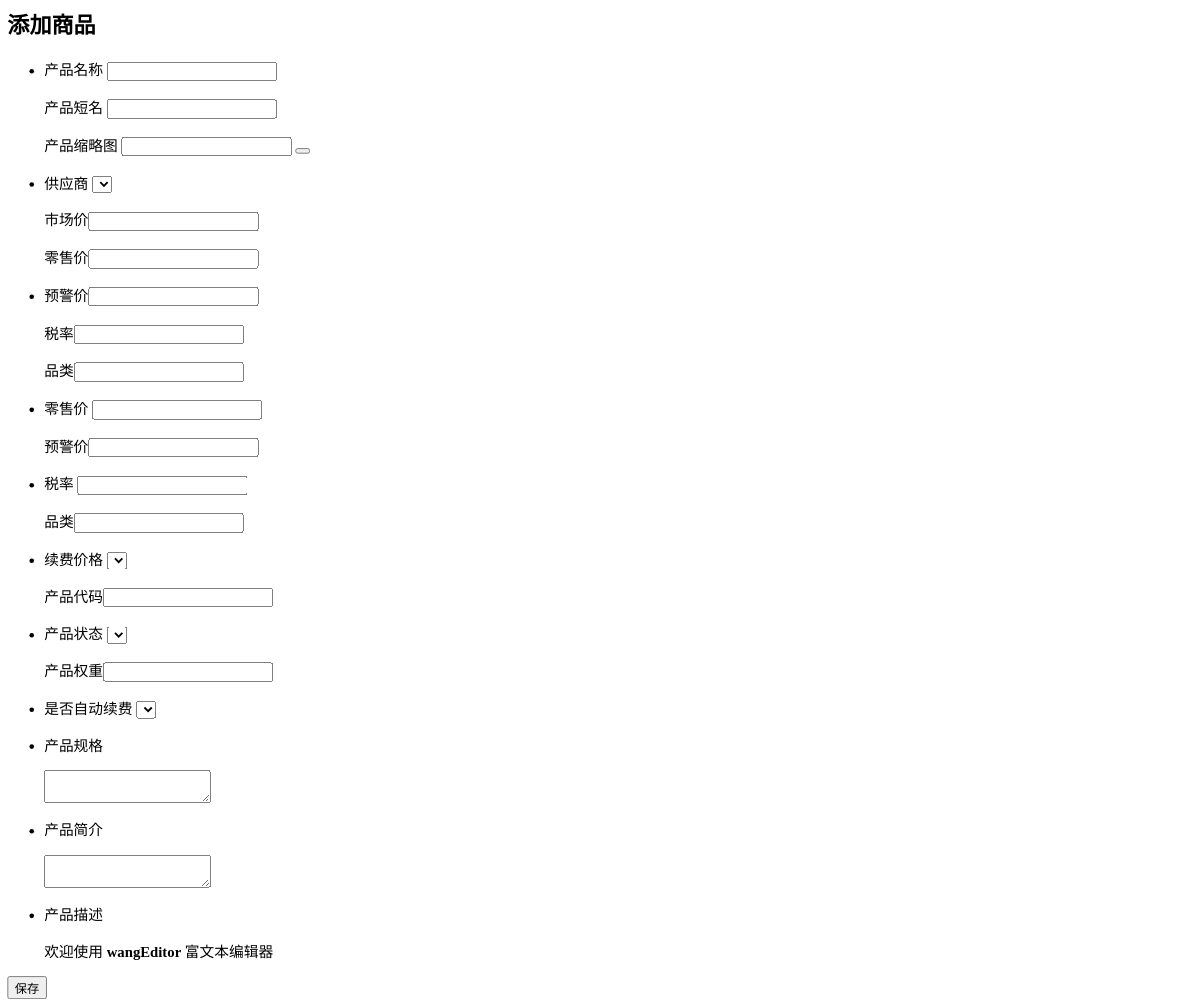
Repository: wangyan466393/racentSystem
Page: addProduct.html
These files come from the project's save history. The page is drawn as it stood at one moment and after the next save; the edit follows.
The browser window is 1280 px wide. The pictures show the whole page, at 92% of full size.

Above is the page before, as saved 2020-08-19 21:30:34.

### addProduct.html
<div id="content_box">
    <h2>添加商品</h2>
    <div class="config_box">
        <div class="price_content">
            <ul>
                <li>
                    <p>
                        <span>产品名称</span>
                        <input type="text" >
                    </p>
                    <p>
                        <span>产品短名</span>
                        <input type="text" >
                    </p>
                    <p class="thumb_box">
                        <span>产品缩略图</span>
                        <label class="input_group">
                            <input type="text" class="form-control">
                            <span class="input-group-btn">
                                <button type="button" class="btn"></button>
                            </span>
                        </label>
                    </p>
                </li>
                <li>
                    <p>
                        <span>供应商</span>
                        <select name="" id="" class="config_inp">
                            <option value=""></option>
                        </select>
                    </p>
                    <p>
                        <span>市场价</span><input type="number" >
                    </p>
                    <p>
                        <span>零售价</span><input type="number" >
                    </p>
                </li>
                <li>
                    <p>
                        <span>预警价</span><input type="number" >
                    </p>
                    <p>
                        <span>税率</span><input type="number" >
                    </p>
                    <p>
                        <span>品类</span><input type="text" >
                    </p>
                </li>
                <li>
                    <p>
                        <span>零售价</span>
                        <input type="number" class="config_inp">
                    </p>
                    <p>
                        <span>预警价</span><input type="number" class="config_inp">
                    </p>
                </li>
                <li>
                    <p>
                        <span>税率</span>
                        <input type="number" class="config_inp">
                    </p>
                    <p>
                        <span>品类</span><input type="text" class="config_inp">
                    </p>
                </li>
                <li>
                    <p>
                        <span>续费价格</span>
                        <select name="" id="" class="sel">
                            <option value=""></option>
                        </select>
                    </p>
                    <p>
                        <span>产品代码</span><input type="text" class="config_inp">
                    </p>
                </li>
                <li>
                    <p>
                        <span>产品状态</span>
                        <select name="" id="" class="sel">
                            <option value=""></option>
                        </select>
                    </p>
                    <p>
                        <span>产品权重</span><input type="text" class="config_inp">
                    </p>
                </li>
                <li>
                    <p>
                        <span>是否自动续费</span>
                        <select name="" id="" class="sel">
                            <option value=""></option>
                        </select>
                    </p>
                </li>

                <li>
                    <p> <span>产品规格</span></p>
                    <textarea class="e_content description"></textarea>
                </li>
                <li>
                    <p> <span>产品简介</span></p>
                    <textarea class="e_content description"></textarea>

                </li>
                <li>
                    <p> <span>产品描述</span></p>
                    <div id="editor" style="width: 100%;">
                        <p>欢迎使用 <b>wangEditor</b> 富文本编辑器</p>
                    </div>

                </li>
            </ul>
        </div>
    </div>
</div>
<div class="email_back_btn">
    <button type="button">保存</button>
</div>

After the next save:
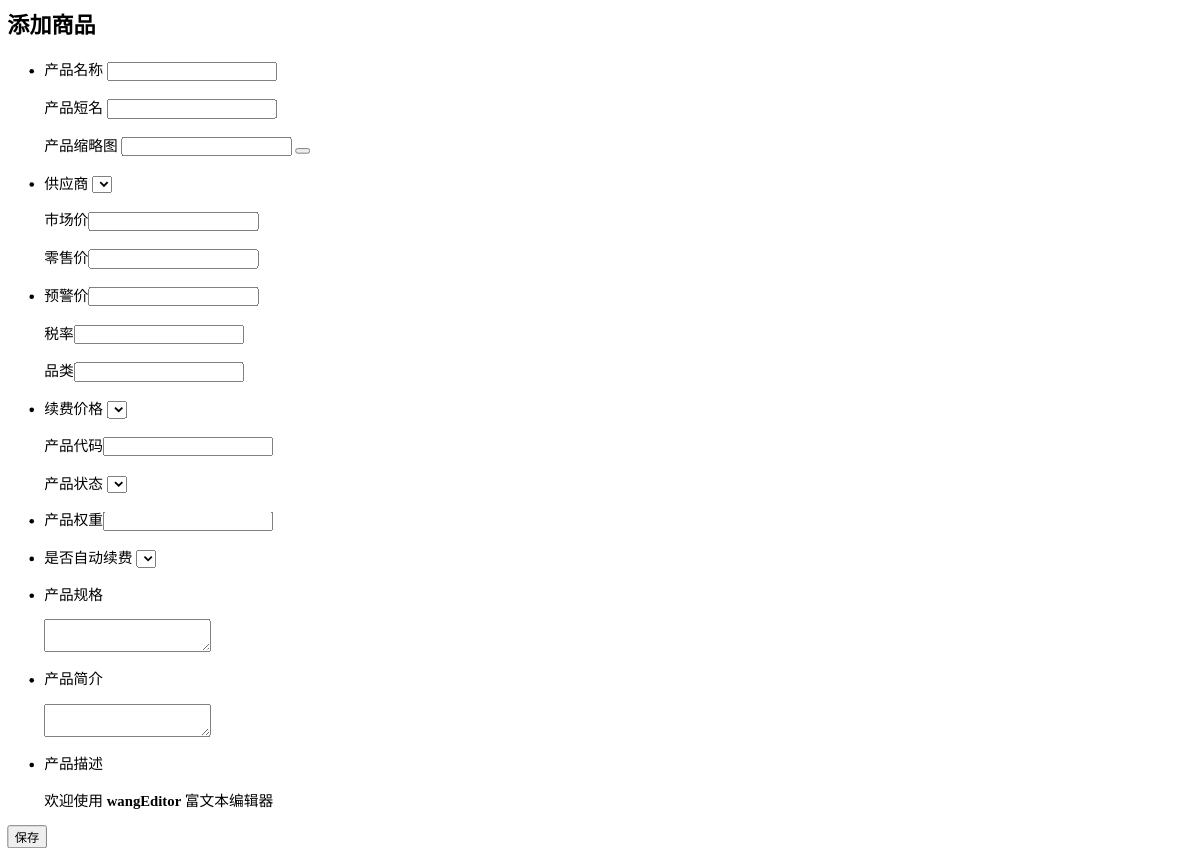
Saved 62 s later.
--- a/addProduct.html
+++ b/addProduct.html
@@ -49,24 +49,6 @@
                 </li>
                 <li>
                     <p>
-                        <span>零售价</span>
-                        <input type="number" class="config_inp">
-                    </p>
-                    <p>
-                        <span>预警价</span><input type="number" class="config_inp">
-                    </p>
-                </li>
-                <li>
-                    <p>
-                        <span>税率</span>
-                        <input type="number" class="config_inp">
-                    </p>
-                    <p>
-                        <span>品类</span><input type="text" class="config_inp">
-                    </p>
-                </li>
-                <li>
-                    <p>
                         <span>续费价格</span>
                         <select name="" id="" class="sel">
                             <option value=""></option>
@@ -75,14 +57,15 @@
                     <p>
                         <span>产品代码</span><input type="text" class="config_inp">
                     </p>
-                </li>
-                <li>
                     <p>
                         <span>产品状态</span>
                         <select name="" id="" class="sel">
                             <option value=""></option>
                         </select>
                     </p>
+                </li>
+                <li>
+
                     <p>
                         <span>产品权重</span><input type="text" class="config_inp">
                     </p>
